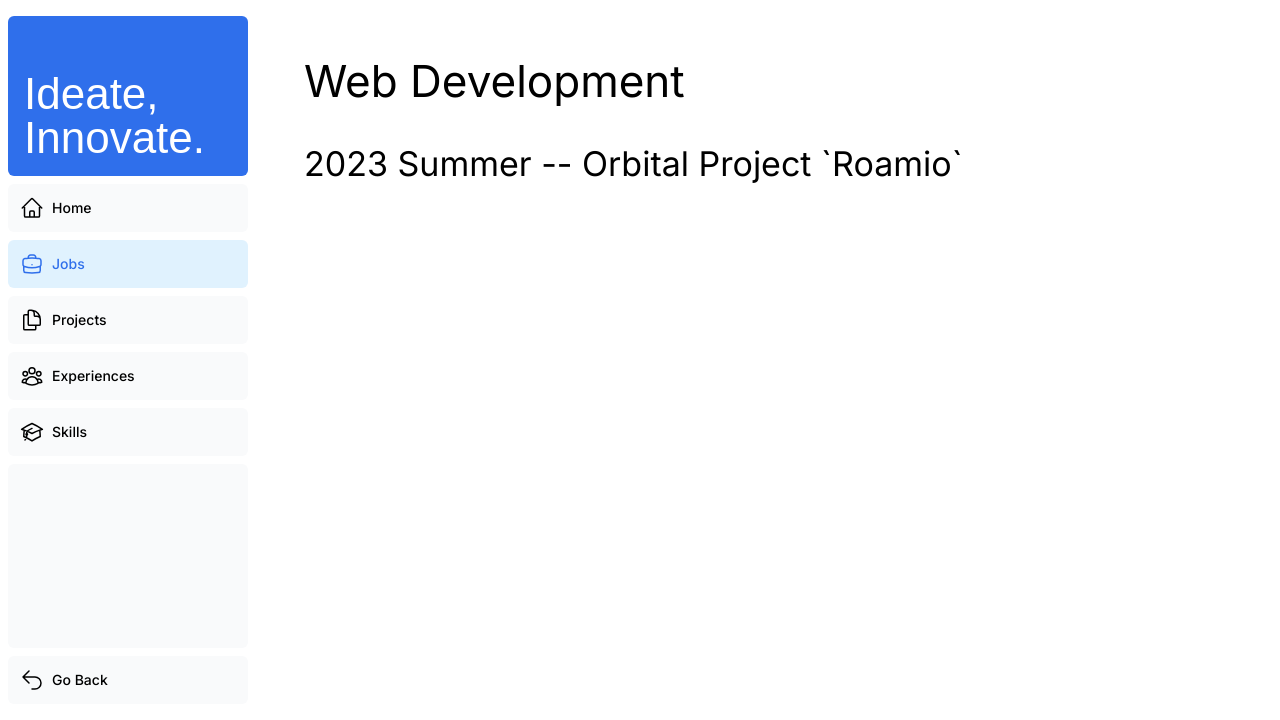
Repository: ThatGirlJam/jaime-portfolio
Page: /dashboard/jobs
The author's editor kept a copy of each file at every save. The page is drawn from the files as they stood at one save, then again after the next save.
The browser window is 1280 px wide. The pictures show the whole page.
Some web fonts or font styles are not loaded; a fallback is used. The project was rebuilt for these pictures with package versions that can differ from the ones it lists, and the page was loaded fresh each time. The framework's server and built-in components were replaced by stand-ins that run in the browser. Also part of the build but not shown: next.config.js.

Above is the page before, as saved 2024-06-05 19:49:10.

After the next save:
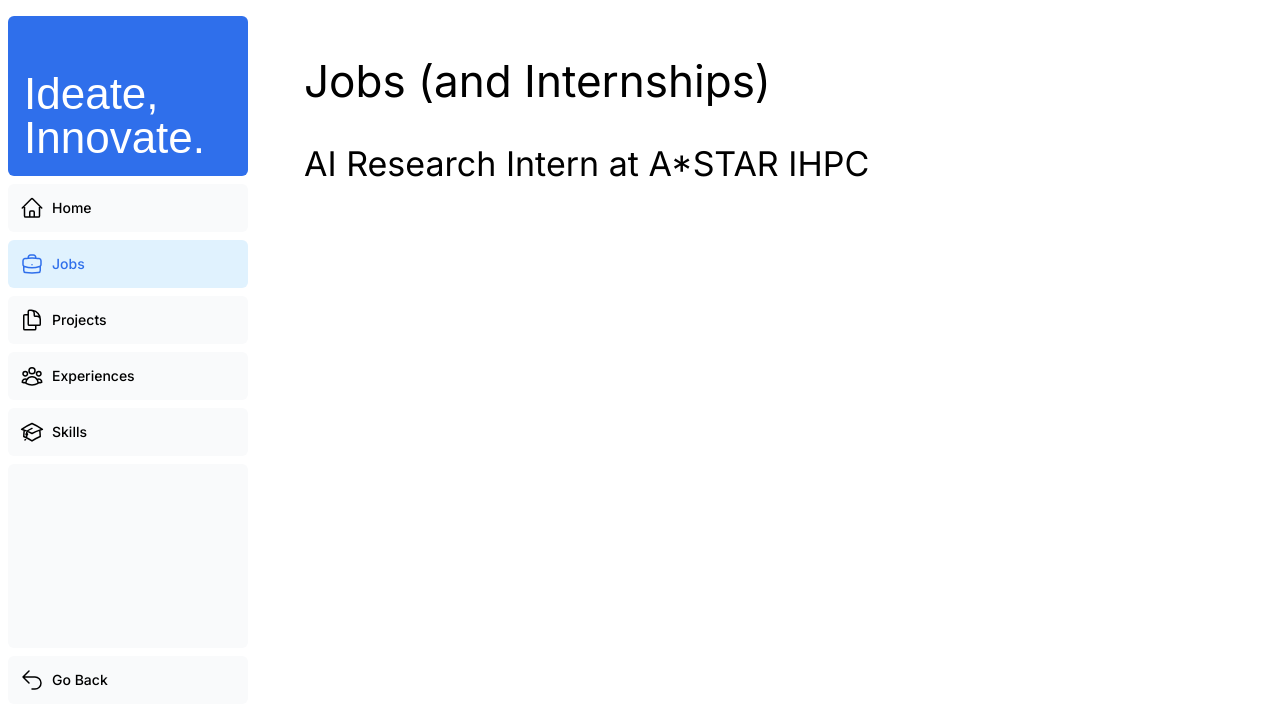
Saved 60 s later.
--- a/app/dashboard/jobs/page.tsx
+++ b/app/dashboard/jobs/page.tsx
@@ -1,9 +1,9 @@
 export default function Page() {
   return (
     <div>
-      <p className="text-[44px]"> Web Development </p>
+      <p className="text-[44px]"> Jobs (and Internships) </p>
       <br />
-      <p className="text-[34px]"> 2023 Summer -- Orbital Project `Roamio` </p>
+      <p className="text-[34px]"> AI Research Intern at A*STAR IHPC </p>
       <br />
     </div>
   );
